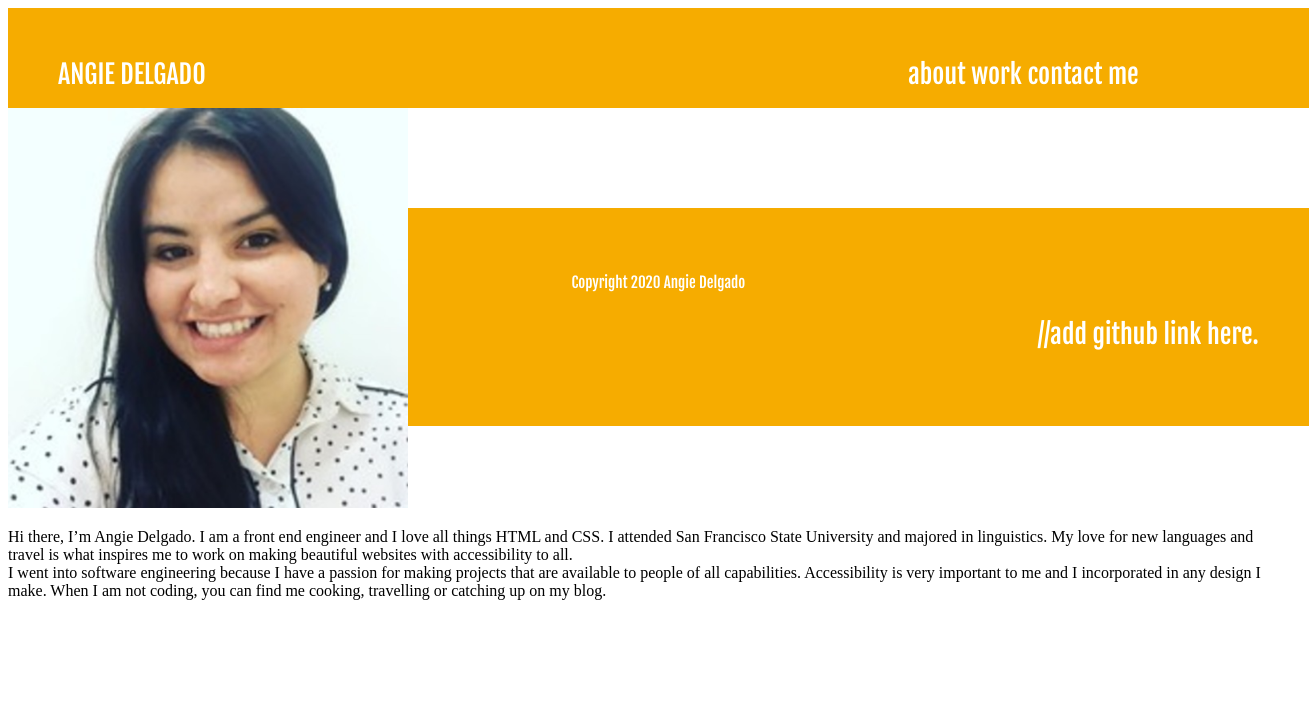
Repository: seleniadelgado/meda-spring2020-angie
Page: projects/portfolio/index.html
An editor plug-in stored every save of this project. The page is shown before and after the next save, followed by the edit.
The browser window is 1280 px wide. The page is 1309 px wide, so the pictures cover 1309 px, including what lies to the right of the window. The pictures show the whole page.

Above is the page before, as saved 2020-03-02 11:13:08.

### projects/portfolio/index.html
<!DOCTYPE html>
 <html lang="en">
    <head>
        <meta charset="utf-8">
        <meta http-equiv="X-UA-Compatible" content="IE=edge">
        <title>Angie Delgado</title>
        <meta name="description" content="">
        <meta name="viewport" content="width=device-width, initial-scale=1">
        <link rel="stylesheet" href="styles.css">
    </head>
    <body>
    <header>
            <nav>
                <div id="myName">
                    Angie Delgado
                </div>
                <div>
                    <ul id="menu">
                        <li><a href="#">About</a></li>
                        <li><a href="#">Work</a></li>
                        <li><a href="#">Contact me</a></li>
                    </ul>
                </div>
            </nav>
    </header>
    <div class="aboutMe">
<div>
        <img src="portfoliopic.png" alt="Photo of Angie Delgado looking cute" height="400px" width="400px">
    </div>

        <p id="aboutMeParagraph">
            Hi there, I’m Angie Delgado. I am a front end engineer and I love all things HTML and CSS. I attended San Francisco State University and majored in linguistics. My love for new languages and travel is what inspires me to work on making beautiful websites with accessibility to all.
            <br>
            I went into software engineering because I have a passion for making projects that are available to people of all capabilities. Accessibility is very important to me and I incorporated in any design I make. When I am not coding, you can find me cooking, travelling or catching up on my blog.
        </p>
    </div>
    <footer>
        <div class="copyright"><p>Copyright 2020 Angie Delgado</p></div>
        <div class="social">
            <p>//add github link here.</p>
        </div>
    </footer>
    </body>
</html>

### projects/portfolio/styles.css
@import url('https://fonts.googleapis.com/css?family=Fjalla+One|Noto+Sans&display=swap');

header, main, footer {
    width: 95%;
    background-color: #f6ac00;
    margin: 0 auto;
    padding: 50px;
    font-size: 26px;
    font-family: 'Fjalla One', Arial, Helvetica, sans-serif;
    line-height: normal;
    /* font-family: 'Noto Sans', ;*/
}
/* navbar starts*/
#myName {
    float: left;
    color: white;
    text-transform: uppercase;
}
ul {
    display: block;
    list-style-type: none;
    margin: 0;
    padding-right: 10%;
    float: right;
    text-decoration: none;
 }

 li {
    display: inline;
    text-transform: lowercase;
 }
 li a {
    text-decoration: none;
    color: white;
 }
 /*nav styles ends */

/* About me starts */
.aboutMe {
    height: 100px;
}

/* about me ends */
 /* Footer style starts */
 footer {
    color: white;
    text-shadow: black;
 }
 .copyright {
    text-align: center;
    font-size: 15px;
 }
 .social {
    text-align: right;
    margin-bottom: 20px;
 }
/* footer ends */

After the next save:
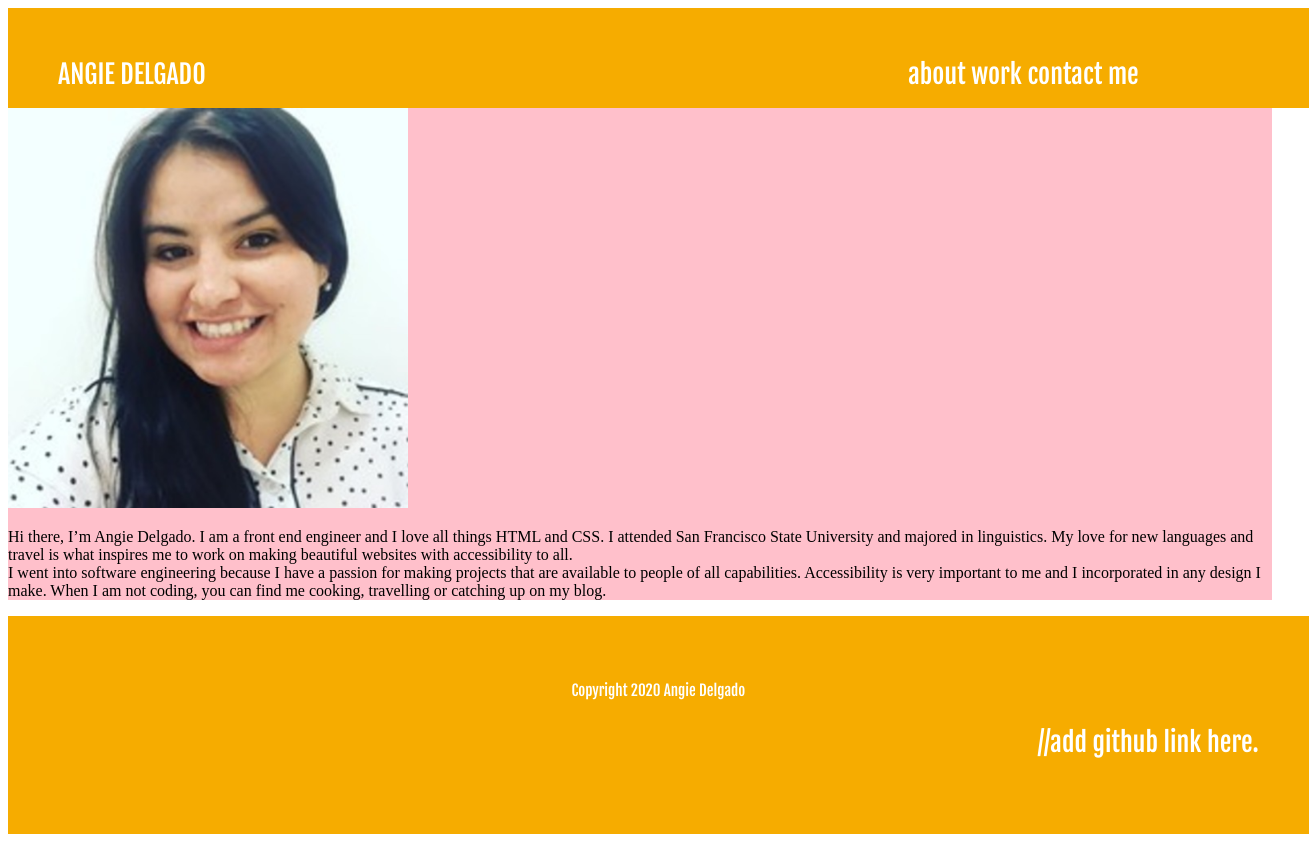
Saved 20 s later.
--- a/projects/portfolio/styles.css
+++ b/projects/portfolio/styles.css
@@ -37,7 +37,7 @@ ul {
 
 /* About me starts */
 .aboutMe {
-    height: 100px;
+    background-color: pink;
 }
 
 /* about me ends */
